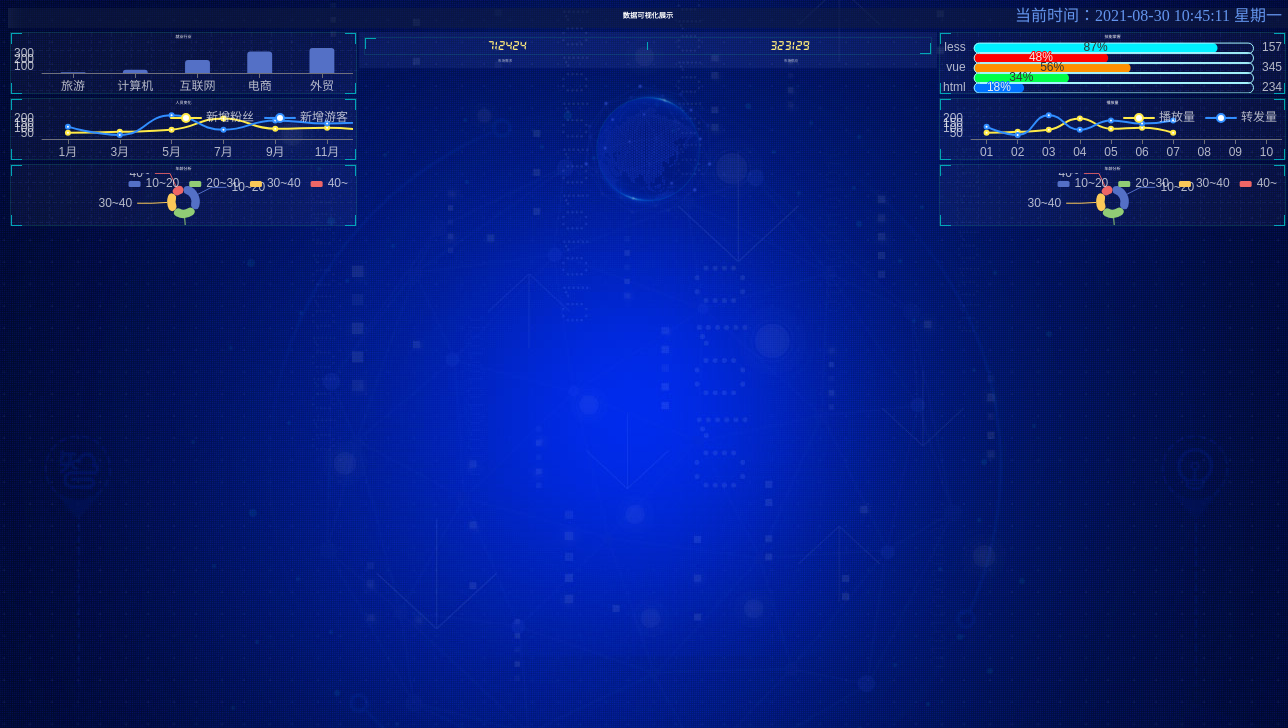
Repository: jiang-1990/DataVM
Page: /#/
These files come from the project's save history. The page is drawn as it stood at one moment and after the next save; the edit follows.
The browser window is 1280 px wide. The page is 1288 px wide, so the pictures cover 1288 px, including what lies to the right of the window. The pictures show the whole page.
The project was rebuilt for these pictures with package versions that can differ from the ones it lists, and the page was loaded fresh each time.

Above is the page before, as saved 2021-08-30 10:54:46.

### index.html
<!DOCTYPE html>
<html>
  <head>
    <meta charset="utf-8">
    <meta name="viewport" content="width=device-width,initial-scale=1.0">
    <title>mydatam</title>
  </head>
  <body>
    <div id="app"></div>
    <!-- built files will be auto injected -->
  </body>
</html>

### src/main.js
// The Vue build version to load with the `import` command
// (runtime-only or standalone) has been set in webpack.base.conf with an alias.
import Vue from 'vue'
import App from './App'
import router from './router'
import 'lib-flexible/flexible.js'
//声明字体
import './font/font.css'

Vue.config.productionTip = false

/* eslint-disable no-new */
new Vue({
  el: '#app',
  router,
  components: { App },
  template: '<App/>'
})

### src/App.vue
<template>
  <div id="app">
    <router-view/>
  </div>
</template>

<script>
export default {
  name: 'App'
}
</script>

<style>
body{
  background-image: url('assets/bg.jpg') ;
  background-Repeat : 'no-repeat';
  background-Size : '100% 100%';
  background-position: center;/* 背景图随屏幕尺寸变化 背景图两边隐藏 图片不压缩 */
}
html,body {
  width: 100%;
  height: 100%;
}

</style>

### src/router/index.js
import Vue from 'vue'
import Router from 'vue-router'
import bigScreen from '@/components/bigScreen'

Vue.use(Router)

export default new Router({
  routes: [
    {
      path: '/',
      name: 'bigScreen',
      component: bigScreen
    }
  ]
})

### src/font/font.css
 /* 声明字体 */
@font-face {
    font-family: 'electronicFont';
    src: url(./DS-DIGIT.ttf);
}

### src/components/bigScreen.vue
<template>
  <div>
    <div class="top">
      <h1>数据可视化展示</h1>
      <span class="time">当前时间：{{ date | dateFormat }}</span>
    </div>
    <div class="mainBox">
      <div class="culonm">
        <div class="panl bar">
          <h2>就业行业</h2>
          <div class="chart" id="bar_l"></div>
          <div class="zhuanjiao"></div>
        </div>

        <div class="panl line">
          <h2>人员变化</h2>
          <div class="chart" id="line_l"></div>
          <div class="zhuanjiao"></div>
        </div>

        <div class="panl pie">
          <h2>年龄分析</h2>
          <div class="chart" id="pie_l"></div>
          <div class="zhuanjiao"></div>
        </div>
      </div>
      <div class="culonm">
        <div class="num">
          <div class="num-hd">
            <ul>
              <li>712424</li>
              <li>323129</li>
            </ul>
          </div>
          <div class="num-bd">
            <ul>
              <li>市场需求</li>
              <li>市场供应</li>
            </ul>
          </div>
        </div>
        <div class="map">
          <div class="map1"></div>
          <div class="map2"></div>
          <div class="map3"></div>
          <div class="chart"></div>
        </div>
      </div>
      <div class="culonm">
        <div class="panl bar">
          <h2>技能掌握</h2>
          <div class="chart" id="bar_r"></div>
          <div class="zhuanjiao"></div>
        </div>

        <div class="panl line">
          <h2>播放量</h2>
          <div class="chart" id="line_r"></div>
          <div class="zhuanjiao"></div>
        </div>

        <div class="panl pie">
          <h2>年龄分析</h2>
          <div class="chart" id="pie_r"></div>
          <div class="zhuanjiao"></div>
        </div>
      </div>
    </div>
    <!-- <div id="myChart" style="width:1920px; height: 400px;"></div> -->
  </div>
</template>

<script>
// 引入echarts
var echarts = require("echarts");
export default {
  data() {
    return {
      date: new Date(), //当前日期
    };
  },
  // 定义一个局部的过滤器，格式化当前时间
  filters: {
    dateFormat: (dateTime) => {
      var now = new Date(dateTime);
      var y = now.getFullYear();
      var m = (now.getMonth() + 1).toString().padStart(2, "0");
      var d = now.getDate().toString().padStart(2, "0");
      var hh = now.getHours().toString().padStart(2, "0");
      var mm = now.getMinutes().toString().padStart(2, "0");
      var ss = now.getSeconds().toString().padStart(2, "0");
      let week = now.getDay(); // 星期
      let weekArr = [
        "星期日",
        "星期一",
        "星期二",
        "星期三",
        "星期四",
        "星期五",
        "星期六",
      ];
      // 过滤器中要有返回值
      return `${y}-${m}-${d} ${hh}:${mm}:${ss} ${weekArr[week]}`;
    },
  },
  mounted() {
    this.createchartPie_r();
    this.createchartLine_r();
    this.createchartBar_r();
    this.createchartPie_l();
    this.createchartLine_l();
    this.createchartBar_l();
    var _this = this;
    this.timer = setInterval(() => {
      _this.date = new Date(); // 修改日期数据
    }, 1000);
  },
  created() {},
  methods: {
    createchartPie_r() {
      const myChart = echarts.init(document.getElementById("pie_r"));
      const option = {
        tooltip: {
          trigger: "item",
        },
        legend: {
          top: "0%",
          left: "right",
          itemWidth: 12,
          itemHeight: 6,
          itemStyle:{
            borderWidth:"0"
          },
          textStyle:{
            color: "rgba(255,255,255, 0.7)",
            fontSize: "12",
          },
        },
        series: [
          {
            name: "访问来源",
            type: "pie",
            top: "10%",
            radius: ["34%", "70%"],
            avoidLabelOverlap: false,
            itemStyle: {
              borderRadius: 4,
            },
            label: {
              fontSize: "12",
              color: "rgba(255,255,255, 0.7)",
            },
            emphasis: {
              label: {
                show: true,
                fontSize: "12",
              },
            },
            labelLine: {
              show: true,
            },
            data: [
              { value: 735, name: "10~20" },
              { value: 580, name: "20~30" },
              { value: 484, name: "30~40" },
              { value: 300, name: "40~" },
            ],
          },
        ],
      };
      myChart.setOption(option);
      window.addEventListener('resize',function(){
        myChart.resize();
      })
    },
    createchartBar_r() {
      var myChart = echarts.init(document.getElementById("bar_r"));
      var option;
      var myColor=["#0073ff","#00ff48","#ff9000","#ff0000","#00f0ff"];
      option = {
        grid: {
          left: "0%",
          right: "0%",
          bottom: "0%",
          top: "4%",
          containLabel: true,
        },

        yAxis: [
          {
            type: "category",
            data: ["html", "java", "vue", "css", "less"],
            axisTick: {
              show:false,
            },
            axisLine:{
              show:false,
            },
            splitLine: {
              show: false,
            },
            axisLabel: {
              color: "rgba(255,255,255, 0.7)",
            },
          },
          {
            type: "category",
            data: [234, 154, 345, 243, 157],
            axisTick: {
              show:false,
            },
            axisLine:{
              show:false,
            },
            splitLine: {
              show: false,
            },
            axisLabel: {
              color: "rgba(255,255,255, 0.7)",
            },
          },
        ],
        xAxis: [
          {
            type: "value",
            splitLine: {
              show: false,
            },
            axisLine: {
              show:false,
            },
            axisLabel: {
              show:false,
            },
          },
        ],
        series: [
          {
            name: "直接访问",
            type: "bar",
            barWidth: "10",
            barCategoryGap :'50',
            data: [18, 34, 56, 48, 87],
            yAxisIndex:'0',
            label: {
                show: true,
                position:'inside',
                formatter:'{c}%'
            },
            itemStyle: {
              borderRadius: 30,
              color:function(params){
                //console.log(params)
                return myColor[params.dataIndex]
                //return myColor[0]
              },
            },

          },
          {
            name: "直接访问",
            type: "bar",
            barWidth: "12",
            data: [100, 100, 100, 100, 100],
            yAxisIndex:'1',
            label: {
                show: false
            },
            itemStyle: {
              borderRadius: 30,
              color: "rgba(137, 69, 69, 0)",
              borderColor: "rgba(165, 246, 255, 1)",
              borderWidth: 1,
            },

          },
        ],
      };
      myChart.setOption(option);
      window.addEventListener('resize',function(){
        myChart.resize();
      })
    },
    createchartLine_r() {
      var myChart = echarts.init(document.getElementById("line_r"));
      console.log(myChart);
      var option = {
        tooltip: {
          trigger: "axis",
          backgroundColor: "rgba(0,21,49, 0.7)", //通过设置rgba调节背景颜色与透明度
          borderWidth: 0,
          textStyle: {
            color: "#fff",
          },
        },
        legend: {
          data: ["播放量", "转发量"],
          right: 0,
          itemStyle: {
            borderWidth: 0,
          },
          itemWidth: 30,
          itemHeight: 10,
          lineStyle: {
            cap: "round",
          },

          textStyle: {
            color: "rgba(255,255,255, 0.7)",
            fontSize: "12",
          },
        },
        grid: {
          left: "0%",
          right: "0%",
          bottom: "0%",
          top: "12%",
          containLabel: true,
        },

        xAxis: [
          {
            type: "category",
            data: ["01", "02", "03", "04", "05", "06", "07", "08", "09", "10"],
            axisTick: {
              alignWithLabel: true,
            },
            splitLine: {
              show: false,
            },
            axisLabel: {
              color: "rgba(255,255,255, 0.7)",
            },
          },
        ],
        yAxis: [
          {
            type: "value",
            splitLine: {
              show: false,
            },
            axisLabel: {
              color: "rgba(255,255,255, 0.7)",
            },
          },
        ],
        series: [
          {
            name: "播放量",
            type: "line",
            smooth: true,
            data: [60, 70, 90, 200, 100, 110, 60],
            itemStyle: {
              normal: {
                color: "#ffea48", //折线点的颜色
                lineStyle: {
                  color: "#ffea48", //折线的颜色
                },
              },
            },
          },
          {
            name: "转发量",
            type: "line",
            smooth: true,
            data: [120, 40, 230, 90, 180, 150, 180],
            itemStyle: {
              normal: {
                color: "#318eff", //折线点的颜色
                lineStyle: {
                  color: "#318eff", //折线的颜色
                },
              },
            },
          },
        ],
      };
      myChart.setOption(option);
      window.addEventListener('resize',function(){
        myChart.resize();
      })
    },
    createchartPie_l() {
      const myChart = echarts.init(document.getElementById("pie_l"));
      const option = {
        tooltip: {
          trigger: "item",
        },
        legend: {
          top: "0%",
          left: "right",
          itemWidth: 12,
          itemHeight: 6,
          itemStyle:{
            borderWidth:"0"
          },
          textStyle:{
            color: "rgba(255,255,255, 0.7)",
            fontSize: "12",
          },
        },
        series: [
          {
            name: "访问来源",
            type: "pie",
            top: "10%",
            radius: ["34%", "70%"],
            avoidLabelOverlap: false,
            itemStyle: {
              borderRadius: 4,
            },
            label: {
              fontSize: "12",
              color: "rgba(255,255,255, 0.7)",
            },
            emphasis: {
              label: {
                show: true,
                fontSize: "12",
              },
            },
            labelLine: {
              show: true,
            },
            data: [
              { value: 735, name: "10~20" },
              { value: 580, name: "20~30" },
              { value: 484, name: "30~40" },
              { value: 300, name: "40~" },
            ],
          },
        ],
      };
      myChart.setOption(option);
      window.addEventListener('resize',function(){
        myChart.resize();
      })
    },
    createchartBar_l() {
      var myChart = echarts.init(document.getElementById("bar_l"));
      var option;
      option = {
        tooltip: {
          trigger: "axis",
          axisPointer: {
            // 坐标轴指示器，坐标轴触发有效
            type: "shadow", // 默认为直线，可选为：'line' | 'shadow'
          },
          backgroundColor: "rgba(0,21,49, 0.7)", //通过设置rgba调节背景颜色与透明度
          borderWidth: 0,
          textStyle: {
            color: "#fff",
          },
        },
        grid: {
          left: "0%",
          right: "0%",
          bottom: "0%",
          top: "12%",
          containLabel: true,
        },

        xAxis: [
          {
            type: "category",
            data: ["旅游", "计算机", "互联网", "电商", "外贸"],
            axisTick: {
              alignWithLabel: true,
            },
            splitLine: {
              show: false,
            },
            axisLabel: {
              color: "rgba(255,255,255, 0.7)",
            },
          },
        ],
        yAxis: [
          {
            type: "value",
            splitLine: {
              show: false,
            },
            axisLabel: {
              color: "rgba(255,255,255, 0.7)",
            },
          },
        ],
        series: [
          {
            name: "直接访问",
            type: "bar",
            barWidth: "40%",
            data: [10, 52, 200, 334, 390],
            itemStyle: {
              borderRadius: [3, 3, 0, 0],
            },
          },
        ],
      };
      myChart.setOption(option);
      window.addEventListener('resize',function(){
        myChart.resize();
      })
    },
    createchartLine_l() {
      var myChart = echarts.init(document.getElementById("line_l"));
      console.log(myChart);
      var option = {
        tooltip: {
          trigger: "axis",
          backgroundColor: "rgba(0,21,49, 0.7)", //通过设置rgba调节背景颜色与透明度
          borderWidth: 0,
          textStyle: {
            color: "#fff",
          },
        },
        legend: {
          data: ["新增粉丝", "新增游客"],
          right: 0,
          itemStyle: {
            borderWidth: 0,
          },
          itemWidth: 30,
          itemHeight: 10,
          lineStyle: {
            cap: "round",
          },

          textStyle: {
            color: "rgba(255,255,255, 0.7)",
            fontSize: "12",
          },
        },
        grid: {
          left: "0%",
          right: "0%",
          bottom: "0%",
          top: "12%",
          containLabel: true,
        },

        xAxis: [
          {
            type: "category",
            data: ["1月", "3月", "5月", "7月", "9月", "11月"],
            axisTick: {
              alignWithLabel: true,
            },
            splitLine: {
              show: false,
            },
            axisLabel: {
              color: "rgba(255,255,255, 0.7)",
            },
          },
        ],
        yAxis: [
          {
            type: "value",
            splitLine: {
              show: false,
            },
            axisLabel: {
              color: "rgba(255,255,255, 0.7)",
            },
          },
        ],
        series: [
          {
            name: "新增粉丝",
            type: "line",
            smooth: true,
            data: [60, 70, 90, 200, 100, 110, 60],
            itemStyle: {
              normal: {
                color: "#ffea48", //折线点的颜色
                lineStyle: {
                  color: "#ffea48", //折线的颜色
                },
              },
            },
          },
          {
            name: "新增游客",
            type: "line",
            smooth: true,
            data: [120, 40, 230, 90, 180, 150, 180],
            itemStyle: {
              normal: {
                color: "#318eff", //折线点的颜色
                lineStyle: {
                  color: "#318eff", //折线的颜色
                },
              },
            },
          },
        ],
      };
      myChart.setOption(option);
      window.addEventListener('resize',function(){
        myChart.resize();
      })
    },
  },
};
</script>

<style scoped>
@import "../css/bigScreen.css";
</style>

### src/css/bigScreen.css
* {
  margin: 0;
  padding: 0;
  box-sizing: border-box;
}
li {
  list-style-type: none;
}
.top {
  height: 1.25rem;
  background: url(../assets/head_bg.png) no-repeat;
  box-sizing: 100% 100%;
  position: relative;
}
.top h1 {
  font-size: 0.45rem;
  line-height: 1rem;
  color: #ffffff;
  text-align: center;
}
.top .time {
  line-height: 0.9375rem;
  position: absolute;
  right: 0.375rem;
  top: 0;
  color: cornflowerblue;
}
.mainBox {
  min-width: 1024px;
  max-width: 1920px;
  margin: 0 auto;
  display: flex;
  padding: 0.25rem 0.125rem 0;
}
.mainBox .culonm {
  flex: 3;
}
.mainBox .culonm:nth-child(2) {
  flex: 5;
  margin: 0 0.125rem 0.1875rem;
}
.mainBox .panl {
  position: relative;
  height: 3.875rem;
  border: 0.0125rem solid rgba(25, 186, 139, 0.17);
  background: url(../assets/line.png) rgba(255, 255, 255, 0.03);
  padding: 0 0.1875rem 0.25rem;
  margin-bottom: 0.25rem;
}
.mainBox .panl::before {
  position: absolute;
  top: 0;
  left: 0;
  width: 10px;
  height: 10px;
  border-left: 1px solid #02a6b5;
  border-top: 1px solid #02a6b5;
  content: "";
}
.mainBox .panl::after {
  position: absolute;
  top: 0;
  right: 0;
  width: 10px;
  height: 10px;
  border-right: 1px solid #02a6b5;
  border-top: 1px solid #02a6b5;
  content: "";
}
.mainBox .panl .zhuanjiao {
  width: 100%;
  height: 10px;
  position: absolute;
  bottom: 0px;
  left: 0;
}
.mainBox .panl .zhuanjiao::before {
  position: absolute;
  top: 0;
  left: 0;
  width: 10px;
  height: 10px;
  border-left: 1px solid #02a6b5;
  border-bottom: 1px solid #02a6b5;
  content: "";
}
.mainBox .panl .zhuanjiao::after {
  position: absolute;
  top: 0;
  right: 0;
  width: 10px;
  height: 10px;
  border-right: 1px solid #02a6b5;
  border-bottom: 1px solid #02a6b5;
  content: "";
}
.mainBox .panl h2 {
  font-size: 0.25rem;
  color: #ffffff;
  line-height: 0.5rem;
  text-align: center;
  height: 0.5rem;
  font-weight: 400;
}
.mainBox .panl .chart {
  height: 3.25rem;
}
.mainBox .num {
  background: rgba(101, 132, 226, 0.1);
  padding: 0.1875rem;
}
.mainBox .num .num-hd {
  position: relative;
  margin: 0.125rem;
  border: 1px solid rgba(25, 186, 139, 0.17);
}
.mainBox .num .num-hd::before {
  position: absolute;
  top: 0;
  left: 0;
  width: 10px;
  height: 10px;
  border-left: 1px solid #02a6b5;
  border-top: 1px solid #02a6b5;
  content: "";
}
.mainBox .num .num-hd::after {
  position: absolute;
  bottom: 0;
  right: 0;
  width: 10px;
  height: 10px;
  border-right: 1px solid #02a6b5;
  border-bottom: 1px solid #02a6b5;
  content: "";
}
.mainBox .num .num-hd ul {
  display: flex;
}
.mainBox .num .num-hd ul li {
  flex: 1;
  line-height: 1rem;
  font-size: 0.875rem;
  color: #ffeb7b;
  text-align: center;
  font-family: electronicFont;
}
.mainBox .num .num-hd ul li:nth-child(1) {
  position: relative;
}
.mainBox .num .num-hd ul li:nth-child(1)::after {
  position: absolute;
  top: 25%;
  right: 0;
  height: 50%;
  border-right: 1px solid #02a6b5;
  content: "";
}
.mainBox .num .num-bd {
  position: relative;
}
.mainBox .num .num-bd ul {
  display: flex;
}
.mainBox .num .num-bd ul li {
  flex: 1;
  line-height: 0.5rem;
  font-size: 0.225rem;
  color: rgba(255, 255, 255, 0.7);
  text-align: center;
}
.mainBox .map {
  height: 10.125rem;
  position: relative;
}
.mainBox .map .map1 {
  width: 6.475rem;
  height: 6.475rem;
  position: absolute;
  top: 50%;
  left: 50%;
  transform: translate(-50%, -50%);
  background: url(../assets/map.png);
  background-size: 100% 100%;
  opacity: 0.3;
}
.mainBox .map .map2 {
  width: 8.0375rem;
  height: 8.0375rem;
  position: absolute;
  top: 50%;
  left: 50%;
  transform: translate(-50%, -50%);
  background: url(../assets/lbx.png);
  background-size: 100% 100%;
  animation: rotatel1 20s linear infinite;
  opacity: 0.6;
}
@keyframes rotatel1 {
  from {
    transform: translate(-50%, -50%) rotate(0deg);
  }
  to {
    transform: translate(-50%, -50%) rotate(360deg);
  }
}
.mainBox .map .map3 {
  width: 7.075rem;
  height: 7.075rem;
  position: absolute;
  top: 50%;
  left: 50%;
  transform: translate(-50%, -50%);
  background: url(../assets/jt.png);
  background-size: 100% 100%;
  animation: rotatel2 15s linear infinite;
  opacity: 0.6;
}
@keyframes rotatel2 {
  from {
    transform: translate(-50%, -50%) rotate(0deg);
  }
  to {
    transform: translate(-50%, -50%) rotate(-360deg);
  }
}
.mainBox .map .chart {
  height: 10.125rem;
}

After the next save:
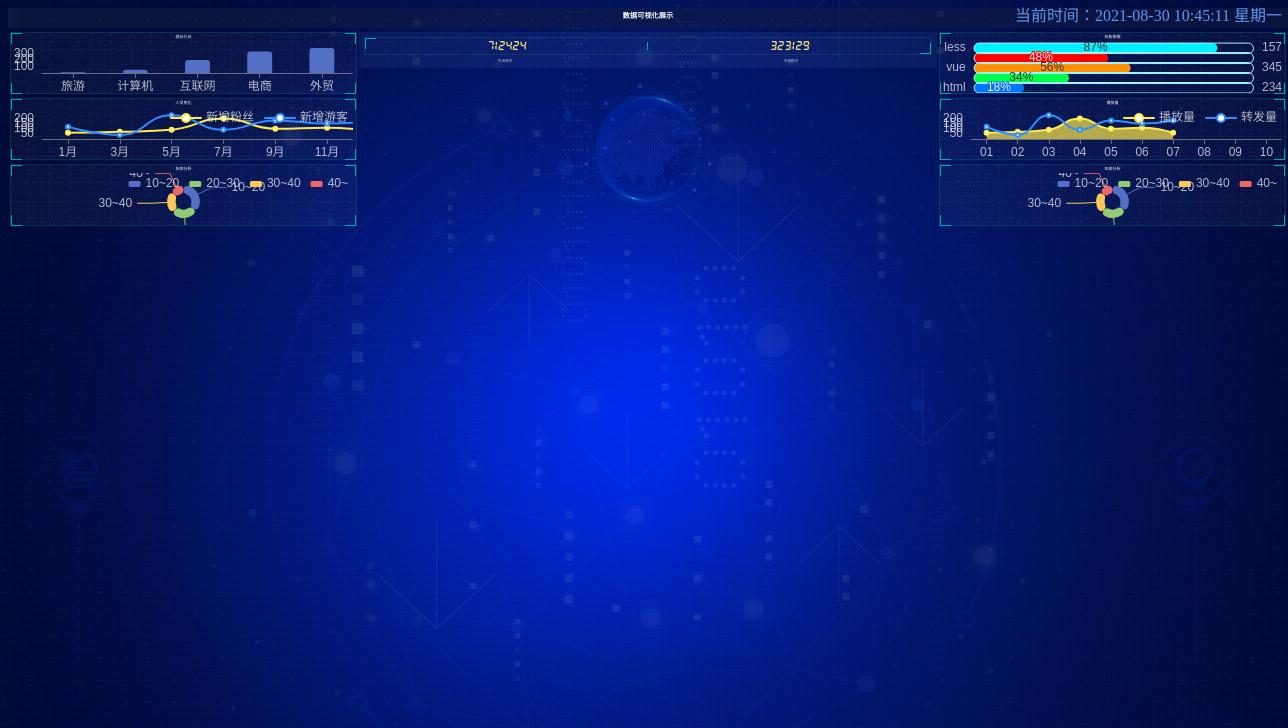
Saved 4 min 48 s later.
--- a/src/components/bigScreen.vue
+++ b/src/components/bigScreen.vue
@@ -358,6 +358,7 @@ export default {
                 },
               },
             },
+            areaStyle: {},
           },
           {
             name: "转发量",
